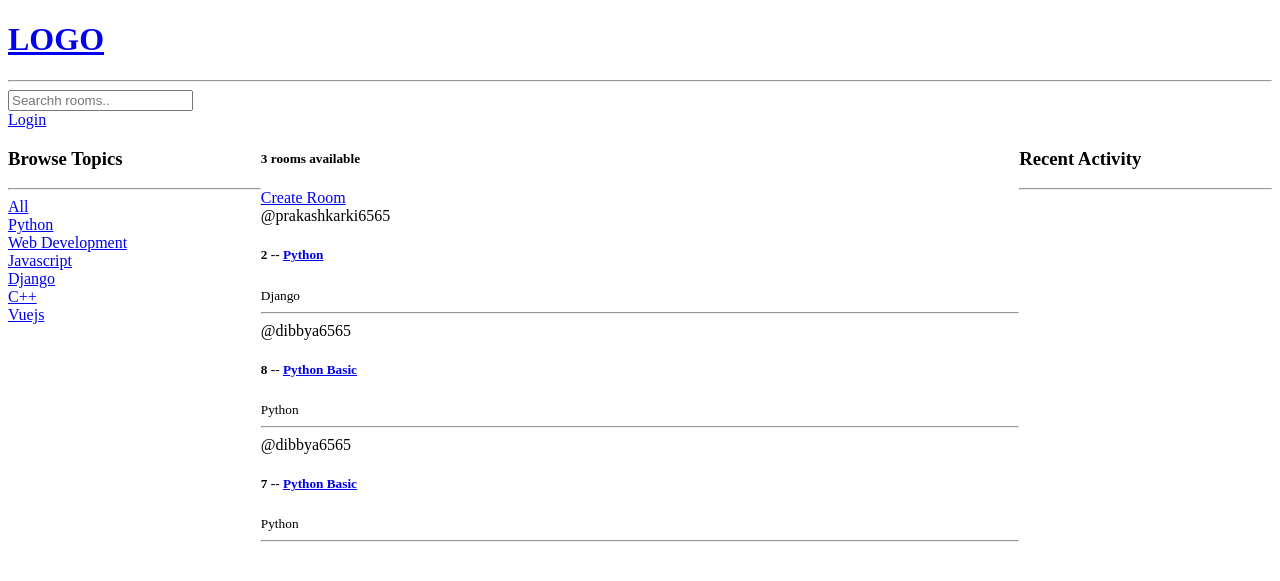
Repository: Dibbya65/Django-Basic
Page: http://localhost/?q=Python
These files come from the project's save history. The page is drawn as it stood at one moment and after the next save; the edit follows.
The browser window is 1280 px wide. The pictures show the whole page.
The page is served by the project's application, run on Django 3.2 (manage.py). Other server files are loaded and not shown. The page reads the database file committed with the project.

Above is the page before, as saved 2021-11-18 22:29:21.

### base/templates/base/home.html
{% extends "layouts/master.html" %} {% block title %} Home {% endblock title %}
{% block content %}
<style>
  .home-container {
    display: grid;
    grid-template-columns: 1fr 3fr 1fr;
  }

</style>
<div class="home-container">
  <div>
    {% include 'base/topics_component.html' %}
  </div>
  <div>
    <h5>{{room_count}} rooms available</h5>
    <a href="{% url 'create-room' %}">Create Room</a>
    {% for room in rooms %}
    <div>
      {% if request.user == room.host %}

      <a href="{% url 'update-room' room.id %}">Edit </a>

      <a href="{% url 'delete-room' room.id %}">Delete </a>
      {%endif%}
      <span>@{{room.host.username}}</span>
      <h5>
        {{room.id}} --
        <a href="{% url 'room-detail' room.id %}">{{room.name}}</a>
      </h5>
      <small>{{room.topic.name}}</small>
      <hr />
    </div>
    {% endfor %}
  </div>
  <div>
    {% include 'base/activity_component.html' %}
  </div>
</div>
{% endblock content %}

### templates/layouts/master.html
<!DOCTYPE html>
<html lang="en">

  <head>
    <meta charset="UTF-8" />
    <meta http-equiv="X-UA-Compatible" content="IE=edge" />
    <meta name="viewport" content="width=device-width, initial-scale=1.0" />
    <title>MySite | {% block title %} {% endblock %}</title>
  </head>

  <body>
    <a href="/">
      <h1>LOGO</h1>
    </a>
    <hr>
    <form action="{% url 'home' %}" method="GET">
      <input type="text" name="q" placeholder="Searchh rooms.." />
    </form>
    {% if request.user.is_authenticated %}
    <p>Hello {{ request.user.username }}</p>
    <a href="{% url 'logout' %}">Logout</a>
    {%else%}
    <a href="{% url 'login' %}">Login</a>
    {% endif %}
    {% if messages %}
    <ul class="messages">
      {% for message in messages %}
      <li>{{ message }}</li>
      {% endfor %}
    </ul>
    {% endif %}
    {% block content %}{% endblock %}
  </body>

</html>

### base/templates/base/topics_component.html
<h3>Browse Topics</h3>
<hr />
<div>
    <a href="{% url 'home' %}">All </a>
</div>
{%for topic in topics%}
<div>
    <a href="{% url 'home' %}?q={{topic.name}}">{{topic.name}}</a>
</div>
{%endfor%}

### base/templates/base/activity_component.html
<h3>Recent Activity</h3>
<hr>
{% for message in room_messages %}
<div>
    <small>@{{message.user}} {{message.created_at|timesince}}</small>
    <small>replied to "{{message.room}}"</small>
    <p>{{message}}</p>
    {% if request.user == message.user %}
    <a href="{% url 'delete-message' message.id %}">Delete</a>
    {% endif %}
    <hr>
</div>
{% endfor %}

### base/models.py
from django.db import models
from django.contrib.auth.models import User

# Create your models here.


# topic model
class Topic(models.Model):
    name = models.CharField(max_length=200)

    def __str__(self):
        return self.name


# room model


class Room(models.Model):
    host = models.ForeignKey(User, on_delete=models.SET_NULL, null=True)
    topic = models.ForeignKey(Topic, on_delete=models.SET_NULL, null=True)
    name = models.CharField(max_length=200)
    description = models.TextField(null=True, blank=True)
    participants = models.ManyToManyField(User, related_name="participants", blank=True)
    Active = "Active"
    Deactive = "Deactive"
    STATUS_CHOICE = ((Active, Active), (Deactive, Deactive))
    status = models.CharField(max_length=50, choices=STATUS_CHOICE, default=Deactive)
    created_at = models.DateTimeField(auto_now_add=True)
    updated_at = models.DateTimeField(auto_now=True)

    class Meta:
        ordering = ["-updated_at", "-created_at"]

    # string representation
    def __str__(self):
        return self.name


# message model


class Message(models.Model):
    user = models.ForeignKey(User, on_delete=models.CASCADE)
    room = models.ForeignKey(Room, on_delete=models.CASCADE)
    body = models.TextField()
    created_at = models.DateTimeField(auto_now_add=True)
    updated_at = models.DateTimeField(auto_now=True)

    class Meta:
        ordering = ["-updated_at", "-created_at"]

    def __str__(self):
        return self.body[0:50]

### base/views.py
from django.shortcuts import render, redirect
from django.http import HttpResponse
from django.db.models import Q
from django.contrib.auth.models import User
from django.contrib.auth import authenticate, login, logout
from django.contrib.auth.forms import UserCreationForm
from django.contrib import messages
from django.contrib.auth.decorators import login_required
from .models import Room, Topic, Message
from .forms import RoomForm

# Create your views here.


def login_page(request):
    page = "login"

    if request.user.is_authenticated:
        return redirect("home")

    if request.method == "POST":
        username = request.POST.get("username").lower()
        password = request.POST.get("password")

        try:
            user = User.objects.get(username=username)
        except:
            messages.error(request, "User does not exist")

        user = authenticate(request, username=username, password=password)

        if user is not None:
            login(request, user)
            return redirect("home")
        else:
            messages.error(request, "Invalid credentials")

    context = {"page": page}
    return render(request, "base/login.html", context)


def logout_user(request):
    logout(request)
    return redirect("home")


def register_page(request):
    form = UserCreationForm()

    if request.method == "POST":
        form = UserCreationForm(request.POST)
        if form.is_valid():
            user = form.save(commit=False)
            user.username = user.username.lower()
            user.save()

            login(request, user)

            return redirect("home")
        else:
            messages.error(request, "User registration failed")

    context = {"form": form}

    return render(request, "base/login.html", context)


def home(request):
    q = request.GET.get("q") if request.GET.get("q") != None else ""
    rooms = Room.objects.filter(
        Q(topic__name__icontains=q) | Q(name__icontains=q) | Q(description__icontains=q)
    )
    topics = Topic.objects.all()
    room_count = rooms.count()
    room_messges = Message.objects.filter(Q(room__topic__name__icontains=q))

    context = {
        "rooms": rooms,
        "topics": topics,
        "room_count": room_count,
        "room_messages": room_messges,
    }
    return render(request, "base/home.html", context)


def room(request):
    rooms = Room.objects.all()
    context = {"rooms": rooms}
    return render(request, "base/room.html", context)


def roomdetail(request, pk):
    room = Room.objects.get(id=pk)
    room_messages = room.message_set.all()
    participants = room.participants.all()

    if request.method == "POST":
        message = Message.objects.create(
            user=request.user, room=room, body=request.POST.get("body")
        )
        room.participants.add(request.user)
        return redirect("room-detail", pk=room.id)

    context = {
        "room": room,
        "room_messages": room_messages,
        "participants": participants,
    }
    return render(request, "base/single-room.html", context)


@login_required(login_url="login")
def create_room(request):
    form = RoomForm()
    if request.method == "POST":
        form = RoomForm(request.POST)
        if form.is_valid():
            form.save()
            return redirect("home")

    context = {"form": form}
    return render(request, "base/room_form.html", context)


@login_required(login_url="login")
def update_room(request, pk):
    room = Room.objects.get(id=pk)
    form = RoomForm(instance=room)

    if request.user != room.host:
        return HttpResponse("Unauthenticated!")

    if request.method == "POST":
        form = RoomForm(request.POST, instance=room)
        if form.is_valid():
            form.save()
            return redirect("home")

    context = {"form": form}
    return render(request, "base/room_form.html", context)


@login_required(login_url="login")
def delete_room(request, pk):
    room = Room.objects.get(id=pk)
    if request.user != room.host:
        return HttpResponse("Unauthenticated!")

    if request.method == "POST":
        room.delete()
        return redirect("home")
    return render(request, "base/delete.html", {"obj": room})


@login_required(login_url="login")
def delete_message(request, pk):
    msg = Message.objects.get(id=pk)
    if request.user != msg.user:
        return HttpResponse("Unauthenticated!")

    if request.method == "POST":
        msg.delete()
        return redirect("home")
    return render(request, "base/delete.html", {"obj": msg})

### studybud/urls.py
"""studybud URL Configuration

The `urlpatterns` list routes URLs to views. For more information please see:
    https://docs.djangoproject.com/en/3.2/topics/http/urls/
Examples:
Function views
    1. Add an import:  from my_app import views
    2. Add a URL to urlpatterns:  path('', views.home, name='home')
Class-based views
    1. Add an import:  from other_app.views import Home
    2. Add a URL to urlpatterns:  path('', Home.as_view(), name='home')
Including another URLconf
    1. Import the include() function: from django.urls import include, path
    2. Add a URL to urlpatterns:  path('blog/', include('blog.urls'))
"""
from django.contrib import admin
from django.urls import path, include


urlpatterns = [
    path('admin/', admin.site.urls),
    path('', include('base.urls'))
]

### base/urls.py
from django.urls import path
from . import views

urlpatterns = [
    path("login/", views.login_page, name="login"),
    path("register/", views.register_page, name="register"),
    path("logout/", views.logout_user, name="logout"),
    path("", views.home, name="home"),
    path("room/", views.room, name="room"),
    path("room/<str:pk>", views.roomdetail, name="room-detail"),
    path("create/room/", views.create_room, name="create-room"),
    path("update/room/<str:pk>/", views.update_room, name="update-room"),
    path("delete/room/<str:pk>/", views.delete_room, name="delete-room"),
    path("delete/message/<str:pk>/", views.delete_message, name="delete-message"),
]

### db.sqlite3 (the tables this page reads, as SQL)
CREATE TABLE "auth_user" ("id" integer NOT NULL PRIMARY KEY AUTOINCREMENT, "password" varchar(128) NOT NULL, "last_login" datetime NULL, "is_superuser" bool NOT NULL, "username" varchar(150) NOT NULL UNIQUE, "last_name" varchar(150) NOT NULL, "email" varchar(254) NOT NULL, "is_staff" bool NOT NULL, "is_active" bool NOT NULL, "date_joined" datetime NOT NULL, "first_name" varchar(150) NOT NULL);
INSERT INTO "auth_user" VALUES
(1, 'pbkdf2_sha256$260000$xQxpFxKQ9izBbopr3Dv7HS$ZdGFJYFjajdfBM/ZdnlG6gD0dgX/TKmGyoCCve4Q564=', '2021-11-20 11:25:23.454227', 1, 'dibbya6565', '', 'dibyakarki65@gmail.com', 1, 1, '2021-11-13 15:49:17.112151', ''),
(2, 'pbkdf2_sha256$260000$OcP3oMRwcVFmIc3QPSnltC$GpcmQjPkv0wxmOYWlv/oBQ69CVZRvql5qDH1FvXjTJM=', NULL, 0, 'prakashkarki6565', '', '', 0, 1, '2021-11-14 06:46:21.258105', ''),
(3, 'pbkdf2_sha256$260000$bYZBArIVxYmuNuu5Azzl9d$kAIAJAnHPVaaRNyIMyoHKCgxSXknbwf/ubpWAJYvAxQ=', '2021-11-15 11:51:20.490980', 0, 'prakashkarki6565@gmail.com', '', '', 0, 1, '2021-11-15 11:51:19.976423', ''),
(4, 'pbkdf2_sha256$260000$XQVrpvlajut1jjOP6a31hy$SR7rs3yBHY/pGjCoDxqTx/rkvUNTPMNaSyNaJWyzDpk=', '2021-11-20 08:32:44.875888', 0, 'praksh65', '', '', 0, 1, '2021-11-20 08:32:44.429889', '');

CREATE TABLE "base_message" ("id" integer NOT NULL PRIMARY KEY AUTOINCREMENT, "body" text NOT NULL, "created_at" datetime NOT NULL, "updated_at" datetime NOT NULL, "room_id" bigint NOT NULL REFERENCES "base_room" ("id") DEFERRABLE INITIALLY DEFERRED, "user_id" integer NOT NULL REFERENCES "auth_user" ("id") DEFERRABLE INITIALLY DEFERRED);
INSERT INTO "base_message" VALUES
(3, 'Reference site about Lorem Ipsum, giving information on its origins, as well as a random Lipsum generator.Reference site about Lorem Ipsum, giving information on its origins, as well as a random Lipsum generator.', '2021-11-15 16:03:46.782159', '2021-11-15 16:03:46.782159', 9, 1),
(4, 'Generate Lorem Ipsum placeholder text for use in your graphic, print and web layouts, and discover plugins for your favorite writing, design and blogging', '2021-11-15 16:10:58.585794', '2021-11-15 16:10:58.585794', 9, 2),
(5, 'hello from hello', '2021-11-15 16:20:11.326644', '2021-11-15 16:20:11.326644', 9, 1),
(6, 'hello from hello', '2021-11-15 16:28:25.796169', '2021-11-15 16:28:25.796169', 9, 1),
(7, 'hello from hello', '2021-11-15 16:29:16.660659', '2021-11-18 15:37:50.359985', 9, 3),
(8, 'adfasdfasdfsadf', '2021-11-17 11:33:58.185912', '2021-11-17 11:33:58.185912', 9, 1),
(9, 'hey there', '2021-11-17 12:49:37.332335', '2021-11-17 12:49:37.332335', 4, 1),
(10, 'hello from hello', '2021-11-17 12:50:13.252612', '2021-11-18 15:37:45.139973', 4, 2),
(12, 'Hello there I am trying to learning c++', '2021-11-20 06:15:42.120664', '2021-11-20 06:15:42.120664', 12, 1);

CREATE TABLE "base_room" ("id" integer NOT NULL PRIMARY KEY AUTOINCREMENT, "name" varchar(200) NOT NULL, "description" text NULL, "status" varchar(50) NOT NULL, "created_at" datetime NOT NULL, "updated_at" datetime NOT NULL, "host_id" integer NULL REFERENCES "auth_user" ("id") DEFERRABLE INITIALLY DEFERRED, "topic_id" bigint NULL REFERENCES "base_topic" ("id") DEFERRABLE INITIALLY DEFERRED);
INSERT INTO "base_room" VALUES
(2, 'Python', '', 'Deactive', '2021-11-14 05:23:25.762339', '2021-11-18 15:37:04.256833', 2, 4),
(4, 'MERN', 'LLLLLLLLLLLLLLLLLLLLLLLLLLLLLLLLLLLLLLLorem', 'Deactive', '2021-11-14 05:23:38.846450', '2021-11-17 11:30:16.453294', 1, 3),
(7, 'Python Basic', '', 'Deactive', '2021-11-14 12:32:58.730800', '2021-11-14 12:32:58.730800', 1, 1),
(8, 'Python Basic', '', 'Deactive', '2021-11-15 09:51:28.888430', '2021-11-15 09:51:28.888430', 1, 1),
(9, 'Django Room', 'Reference site about Lorem Ipsum, giving information on its origins, as well as a random Lipsum generator.', 'Deactive', '2021-11-15 09:53:06.866918', '2021-11-17 11:29:38.106094', 2, 4),
(10, 'Study Reactjs', 'Hello from learning react js', 'Active', '2021-11-18 13:20:54.521854', '2021-11-18 13:20:54.522855', 1, 3),
(11, 'Are you interest in Learning Web Development?', 'Lorem ipsum, or lipsum as it is sometimes known, is dummy text used in laying out print, graphic or web designs. The passage is attributed to an unknown ...', 'Active', '2021-11-19 12:49:53.172046', '2021-11-19 12:49:53.172046', 1, 2),
(12, 'Let''s Learn C++ Gaming', 'Lorem ipsum is a pseudo-Latin text used in web design, typography, layout, and printing in place of English to emphasise design elements over content. It''s also ...', 'Deactive', '2021-11-19 15:34:35.009148', '2021-11-19 15:41:00.554091', 1, 5),
(13, 'Vuejs Frontent', 'Reference site about Lorem Ipsum, giving information on its origins, ...Reference site about Lorem Ipsum, giving information on its origins, ...', 'Deactive', '2021-11-20 10:40:24.435527', '2021-11-20 10:40:24.435527', 4, 6);

CREATE TABLE "base_topic" ("id" integer NOT NULL PRIMARY KEY AUTOINCREMENT, "name" varchar(200) NOT NULL);
INSERT INTO "base_topic" VALUES
(1, 'Python'),
(2, 'Web Development'),
(3, 'Javascript'),
(4, 'Django'),
(5, 'C++'),
(6, 'Vuejs ');

After the next save:
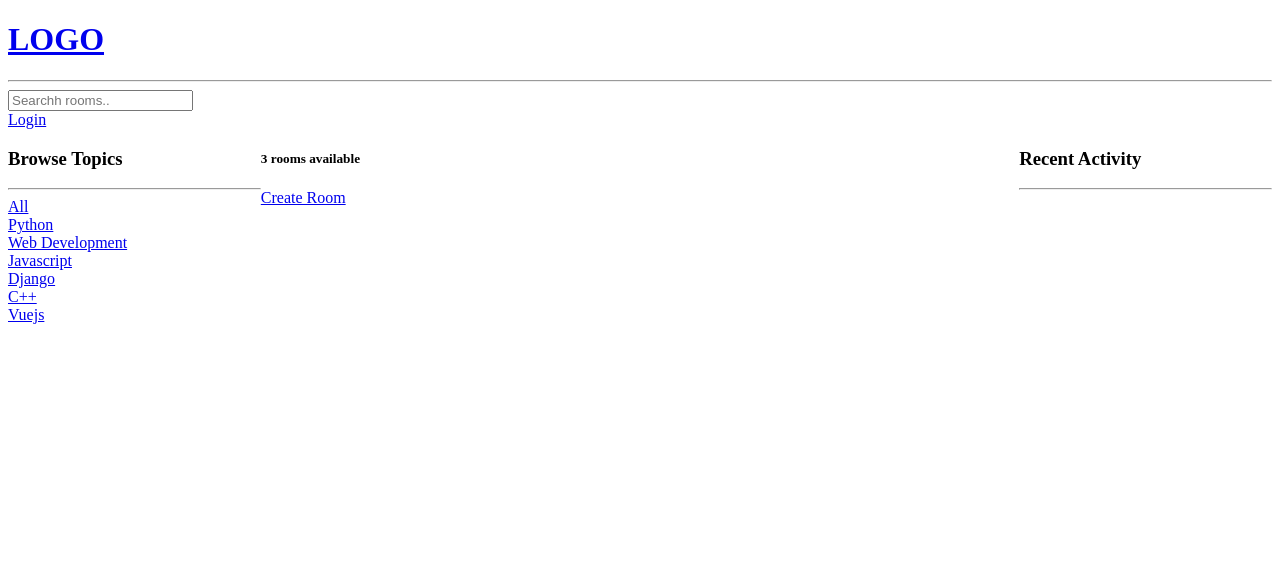
Saved 65 s later.
--- a/base/templates/base/home.html
+++ b/base/templates/base/home.html
@@ -14,23 +14,7 @@
   <div>
     <h5>{{room_count}} rooms available</h5>
     <a href="{% url 'create-room' %}">Create Room</a>
-    {% for room in rooms %}
-    <div>
-      {% if request.user == room.host %}
 
-      <a href="{% url 'update-room' room.id %}">Edit </a>
-
-      <a href="{% url 'delete-room' room.id %}">Delete </a>
-      {%endif%}
-      <span>@{{room.host.username}}</span>
-      <h5>
-        {{room.id}} --
-        <a href="{% url 'room-detail' room.id %}">{{room.name}}</a>
-      </h5>
-      <small>{{room.topic.name}}</small>
-      <hr />
-    </div>
-    {% endfor %}
   </div>
   <div>
     {% include 'base/activity_component.html' %}
